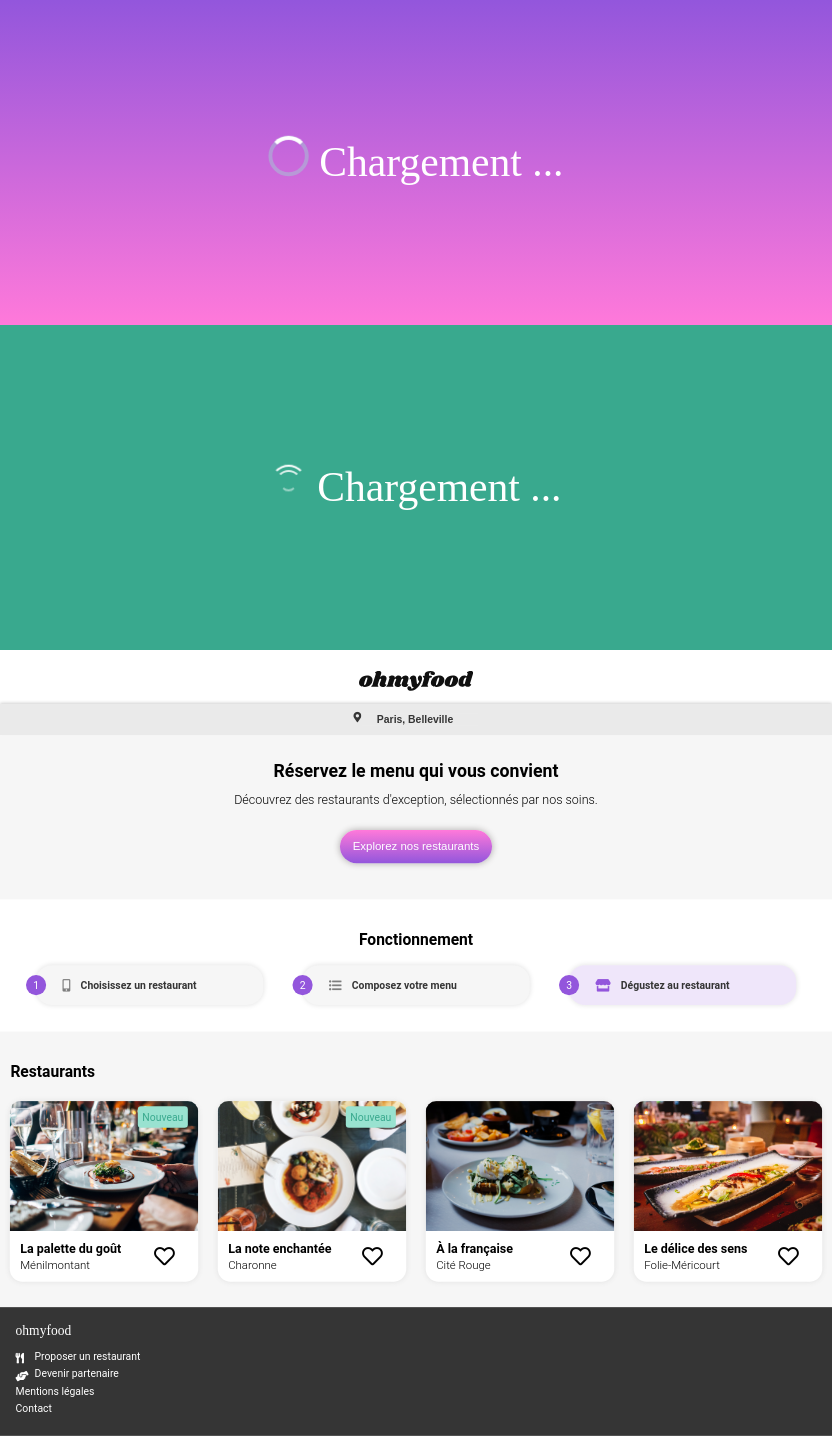
Repository: AlexisTisserand/AlexisTisserand_3_24112020
Page: index.html
These files come from the project's save history. The page is drawn as it stood at one moment and after the next save; the edit follows.
The browser window is 1280 px wide. The pictures show the whole page, at 65% of full size.
Some web libraries are served in a nearby version. The style sheet was rebuilt from its Sass, Less or Tailwind sources for each picture, by a compiler version that may differ from the author's.

Above is the page before, as saved 2020-12-09 15:47:20.

### index.html
<!DOCTYPE html>
<html lang="fr">

<head>
    <meta charset="UTF-8"/>
    <meta name="viewport" content="width=device-width, initial-scale=1">
    <meta name="descritpion" content="Site internet ohmyfood, composez votre menu et réservez dans les meilleurs restaurants de Paris.">
    <meta name="author" content="Alexis Tisserand">
    <link rel="stylesheet" href="https://use.fontawesome.com/releases/v5.4.1/css/all.css" integrity="sha384-5sAR7xN1Nv6T6+dT2mhtzEpVJvfS3NScPQTrOxhwjIuvcA67KV2R5Jz6kr4abQsz" crossorigin="anonymous">
    <link rel="stylesheet" href="style.css"/>
    <title>ohmyfood - Accueil</title>
</head>

<!--bloc_page-->
<body>

<!--LOADING SPINNER-->
<section class="section">
    <span class="loader loader-quart"></span>
    Chargement ...
</section>
<section class="section section-2">
    <span class="loader loader-circles"></span>
    Chargement ...
</section>



<div id="bloc-page">

<!--HEADER-->

<header>

    <div class="logo">
        <img src="images/logo/ohmyfood@2x.svg" alt="Logo ohmyfood"/>
    </div>
    <div class="search-bar">
        <div class="search-bar-button"><i class="fas fa-map-marker-alt"></i></div>
        <input type="search" class="search-bar-text-input" placeholder="Saisissez votre ville" value="Paris, Belleville">
    </div>
</header>

<section id="description-ohmyfood">
    <h2>Réservez le menu qui vous convient</h2>
    <h3>Découvrez des restaurants d'exception, sélectionnés par nos soins.</h3>
    <button class="description-ohmyfood-explorer" type="button">Explorez nos restaurants</button>
</section>

<section id="fonctionnement">
    <h2>Fonctionnement</h2>
    <nav>
        <ul class="fonctionnement-nav">
            <li class="fonctionnement-nav-etape ">
                <span>1</span>
                <i class="fas fa-mobile-alt"></i>
                <h4>Choisissez un restaurant</h4>
            </li>
            <li class="fonctionnement-nav-etape ">
                <span>2</span>
                <i class="fas fa-list-ul"></i>
                <h4>Composez votre menu</h4>
            </li>
            <li class="fonctionnement-nav-etape active">
                <span>3</span>
                <i class="fas fa-store"></i>
                <h4>Dégustez au restaurant</h4>
            </li>
        </ul>
    </nav>
</section>

<section id="restaurants">

        <h2>Restaurants</h2>

        <a href="menu-la-palette-du-gout.html" class="card-restaurant">
            <img class="card-restaurant-img" src="images/restaurants/la_palette_du_gout-min.jpg" alt="La Palette du Goût"/>
            <div class="card-restaurant-nouveau">Nouveau</div>
            <div class="card-restaurant-legende">
                <div class="card-restaurant-legende-text">
                    <h4>La palette du goût</h4>
                    <h5>Ménilmontant</h5>
                </div>
                <div class="card-restaurant-legende-heart">
                    <span class="fa-stack">
                        <i class="far fa-heart fa-stack-2x"></i>
                    </span>
                </div>
            </div>
        </a>

        <a href="menu-la-note-enchantee.html" class="card-restaurant">
            <img class="card-restaurant-img" src="images/restaurants/la_note_enchantee-min.jpg" alt="La Note Enchantée"/>
            <div class="card-restaurant-nouveau">Nouveau</div>
            <div class="card-restaurant-legende">
                <div class="card-restaurant-legende-text">
                    <h4>La note enchantée</h4>
                    <h5>Charonne</h5>
                </div>
                <div class="card-restaurant-legende-heart">
                    <span class="fa-stack">
                        <i class="far fa-heart fa-stack-2x"></i>
                    </span>
                </div>
            </div>
        </a>

        <a href="menu-a-la-francaise.html" class="card-restaurant">
            <img class="card-restaurant-img" src="images/restaurants/a_la_française-min.jpg" alt="À La Française"/>
            <div class="card-restaurant-legende">
                <div class="card-restaurant-legende-text">
                    <h4>À la française</h4>
                    <h5>Cité Rouge</h5>
                </div>
                <div class="card-restaurant-legende-heart">
                    <span class="fa-stack">
                        <i class="far fa-heart fa-stack-2x"></i>
                    </span>
                </div>
            </div>
        </a>

        <a href="menu-le-delice-des-sens.html" class="card-restaurant">
            <img class="card-restaurant-img" src="images/restaurants/le_delice_des_sens-min.jpg" alt="Le Délice Des Sens"/>
            <div class="card-restaurant-legende">
                <div class="card-restaurant-legende-text">
                    <h4>Le délice des sens</h4>
                    <h5>Folie-Méricourt</h5>
                </div>
                <div class="card-restaurant-legende-heart">
                    <span class="fa-stack">
                        <i class="far fa-heart fa-stack-2x"></i>
                    </span>
                </div>
            </div>
        </a>
</section>

</div>

<footer>
    <h2>ohmyfood</h2>
    <div class="footer-img-text">
        <i class="fas fa-utensils"></i>
        <a href="#"><h3>Proposer un restaurant</h3></a>
    </div>
    <div class="footer-img-text">
        <i class="fas fa-hands-helping"></i>
        <a href="#"><h3>Devenir partenaire</h3></a>
    </div>
    <a href="#"><h3>Mentions légales</h3></a>
    <a href="mailto:ohmyfood@outlook.com"><h3>Contact</h3></a>
</footer>


</body>
</html>

### sass/style.scss
/*COULEURS VARIABLES*/
$primary: #9356DC;
$secondary: #FF79DA;
$tertiary: #99E2D0;
$color-text: #353535;
$color-background: #f6f6f6;
$color-box-shadow :#e5e5e5;

/*VARIABLES TAILLE ET FONT FAMILY*/
$font-family: 'roboto', 'Raleway', 'Trebuchet MS', 'Lucida Sans Unicode', 'Lucida Grande', 'Lucida Sans', Arial, sans-serif;;
$size: 1rem;

/*Extensions*/
.box-shadow{
    box-shadow: 0px 0px 8px 1px $color-box-shadow;
    color: $color-text;
    border: none;
    border-radius: 25px;
    width: 350px;
    background-color: $color-background;
}

.margin-plats{
    margin: 0.5rem 0 0rem 0.9rem;
}

.cercle{
    background-color: $primary;
    color: white;
    padding: 8px;
    border-radius: 50px;
    margin-right: 25px;
    margin-left: -15px;
    width: 15px;
    height: 15px;
    text-align: center;
    align-content: center;
    font-size: $size;
    line-height: 15px;
    font-weight: light;
}

/*Loading spinner*/
.section{
    background: linear-gradient($primary, $secondary);
    height: 500px;
    line-height: 500px;
    text-align: center;
    color: white;
    font-size: 4rem;
    font-family: 'Shrikhand';
}
.section-2{
    background: #39a98e;
}
/*Loader simple*/
.loader{
    width: 50px;
    height: 50px;
    display: inline-block;
    position: relative;
    &-quart{
        border-radius: 50px;
        border: 6px solid rgba($color: $tertiary, $alpha: 0.4);
        &::after{
            content: "";
            position: absolute;
            top: -6px;
            left: -6px;
            bottom: -6px;
            right: -6px;
            border: 6px solid transparent;
            border-radius: 50px;
            border-top: 6px solid white ;
            animation: spin 1s linear infinite;
            -webkit-animation: spin 1s linear infinite;
        }
    }
}

/*loader cercle*/
.loader{
    &-circles{
        border-radius: 50px;
        border: 3px solid transparent;
        border-top-color: white ;
        animation: spin 1s linear infinite;
        -webkit-animation: spin 1s linear infinite;
        &:after{
            content: '';
            position: absolute;
            top: 5px ;
            left: 5px;
            bottom: 5px;
            right: 5px;
            border: 3px solid transparent;
            border-radius: 50px;
            border-top-color: white;
            opacity: 0.8;
            animation: spin 5s linear infinite;
            -webkit-animation: spin 5s linear infinite;
        }
        &:before{
            content: '';
            position: absolute;
            top: 12px ;
            left: 12px;
            bottom: 12px;
            right: 12px;
            border: 3px solid transparent;
            border-radius: 50px;
            border-top-color: white;
            opacity: 0.5;
            animation: spin 10s linear infinite;
            -webkit-animation: spin 10s linear infinite;
}
}

}

/*KEYFRAMES*/

@keyframes spin{
    from{
        transform: rotate(0deg);
    }
    to{
        transform: rotate(360deg);;
    }
}

@keyframes fadein{
    from{
        opacity: 0.4;
    }
    to{
        opacity: 1;
    }
}

body{
    background-color: white;
    font-family: $font-family;
    margin: auto;
}

a{
    text-decoration: none;
    color: black;
}

#bloc-page{
    width: 100%;
    margin: auto;
    max-width: 2000px;
    min-width: 100px;
}

/*HEADER*/

header{
    text-align: center;
    .logo{
        margin-top: $size + 1rem;
        img{
            width: $size + 10rem;
        }
    }
}

.search-bar{
    display: flex;
    background-color: #EAEAEA;
    box-shadow: 0px -2px 5px 0px #CFCFCF;
    height: $size + 2rem;
    margin-top: 1rem;
    align-items: center;
    justify-content: center;
    .fas{
        font-size: $size;
        margin-bottom: 1rem;
    }
    .search-bar-button{
        color: $color-text;
        font-size: $size + 0.5rem;
    }
    .search-bar-text-input{
        outline: none;
        padding: 0;
        background-color: #EAEAEA;
        border: none;
        color: $color-text;
        font-size: $size;
        font-weight: bold;
        text-align: center;
        width: 180px;
    }
}

/*SECTION DESCRIPTION*/

#description-ohmyfood{
    display: flex;
    flex-direction: column;
    background-color: $color-background;
    align-items: center;
    text-align: center;
    h2{
        font-size: $size + 0.7rem ;
        padding: $size;
        margin-bottom: 0;
        margin-top: $size + 0.5rem;
    }
    h3{
        font-size: $size + 0.2rem ;
        font-weight: 300;
        margin-top: 0;
        padding: $size - 0.5rem, $size + 1rem ;
    }
    button{
        font-size: $size + 0.1rem;
        margin-top: $size;
        font-weight: normal;
        color: white;
        background: linear-gradient($secondary, $primary);
        position: relative;
        border: none;
        box-shadow: 0px 0px 10px 1px #b6b3b3;
        border-radius: 40px;
        padding: 15px 20px;
        margin-bottom: $size + 2.5rem;
        transition: transform ease-in-out 500ms, opacity ease-in-out 500ms, box-shadow ease-in-out 500ms ;
        &:hover{
            opacity: 0.7;
            box-shadow: 0px 0px 7px 3px #484B4C;
            transform: scale(1.1);
            cursor: pointer;

        }
        &:active{
            border-style: none;
        }
        &:focus{
            outline:none;
        }
    }
}

/*FONCTIONNEMENT*/

#fonctionnement{
    display: flex;
    align-items: center;
    flex-direction: column;
    background-color: white;
    h2{
        margin: 3*$size $size $size;
    }
    ul{
        padding: 10px;
        margin-top: - $size;
    }
}

.fonctionnement-nav{
    display: flex;
    flex-wrap: wrap;
    justify-content: space-around;
    &-etape{
        display: flex;
        flex-direction: row;
        align-items: center;
        margin: 15px 30px ;
        transition: background-color ease-in-out 200ms, box-shadow ease-in-out 200ms, transform ease-in-out 200ms;
        @extend .box-shadow;
        &:hover{
        background-color: rgba($color:$primary, $alpha: 0.15);
        transform: scale(1.01);
        cursor: pointer;
        &:hover .fas{
        color: $primary;
        }
    }
    span{
        @extend .cercle;
    }
    .fas{
        margin-right: 15px;
        color: #7e7e7e;
        font-size: $size + 0.2rem;
        margin-right: $size;
        }
    }
    &-etape.active{
        background-color: rgba($color:$primary, $alpha: 0.15);
        .fas{
            color: $primary;
        }
    }
}

/*RESTAURANTS*/

#restaurants{
    display: flex;
    flex-direction: column;
    background-color: $color-background;
    padding-bottom: $size + 0.5rem;
    h2{
        margin: 3*$size $size $size;
    }
}

.card-restaurant{
    display: flex;
    position: relative;
    z-index: 1;
    flex-direction: column;
    background-color: white;
    border-radius: 20px;
    box-shadow: 0px 0px 8px 1px $color-box-shadow;
    margin: 15px;
    box-sizing: border-box;
    transition: ease-in-out 200ms;
    &:hover{
        transform: scale(1.01);
    }
    img{
    height: 200px;
    position: relative;
    z-index: 1;
    object-fit: cover;
    width: 100%;
    border-radius: 1rem 1rem 0 0;
    }
    &-nouveau{
        background-color: $tertiary;
        color: #39a98e;
        position: absolute;
        top: 8px;
        right: 16px;
        padding: 7px;
        border-radius: 5px;
        z-index: 2;
    }
    &-legende{
        display: flex;
        flex-direction: row;
        justify-content: space-between;
        &-text{
            display: flex;
            flex-direction: column;
            margin-left: $size;
            h4{
                font-size: $size + 0.2rem;
                margin-top: $size;
                margin-bottom: 0;
            }
            h5{
                margin-top: 0.2 * $size;
                margin-bottom: $size;
                font-weight: 300;
                font-size: $size + 0.1rem;
            }
        }
        &-heart{
            align-self: center;
            margin-right: 2 * $size;
            .far{
                &:hover{
                font-weight: 900;
                background:-moz-linear-gradient(top, $primary 0%, $secondary 100%);
                background: -webkit-linear-gradient(top, $primary 0%, $secondary 100%);
                background: linear-gradient(to bottom, $primary 0%, $secondary 100%);
                -webkit-background-clip: text;
                -moz-background-clip: text;
                background-clip: text;
                -webkit-text-fill-color: transparent;
                transition: font-weight ease-in-out 0s ;
                animation: fadein 900ms;
                background-position: 0 100%;
                cursor: pointer;
                }
            }
        }
    }
}

/*FOOTER*/

footer{
    padding: $size + 0.5rem;
    background-color: $color-text;
    color: white;
    h2{
        font-family: 'Shrikhand';
        font-weight: normal;
        font-size: $size + 0.3rem;
        margin-top: 0;
    }
    h3{
        margin: 0;
        font-weight: 400;
        margin-bottom: 0.5 * $size;
        font-size: initial;
    }
    .footer-img-text{
        display: flex;
        flex-direction: row;
        align-items: center;
        .fas{
            margin-right: $size;
            &.fa-hands-helping{
                margin-right: 0.58* $size;
            }
        }
    }
    a{
        color: white;
    }
}

/*********************************************************/
/*MEDIA QUERIES ACCUEIL*/
/*********************************************************/

/*LARGE DEVICES*/
@media screen and (min-width: 1268px){

    #restaurants{
        display: grid;
        grid-template-columns: repeat(4, 1fr);
        grid-template-rows: auto auto auto ;
        margin-bottom: 0px;
    }   h2{
        grid-column: 1/-1;
    }
}

/*MEDIUM DEVICES*/
@media screen and (max-width: 1267px){

    .fonctionnement-nav{
        justify-content: center;
        &-etape{
            width: 100%;
        }
    }

    #restaurants{
        display: grid;
        grid-template-columns: repeat(2, 1fr);
        grid-template-rows: auto auto auto ;
        h2{
            grid-column: 1/-1;
        }
    }
}

/*SMALL DEVICES*/
@media screen and (max-width: 660px){
    .fonctionnement-nav-etape{
        width: 100%;
    }

    #restaurants{
        display: grid;
        grid-template-columns: 1fr;
        grid-template-rows: auto auto auto ;
        h2{
            grid-column: 1/-1;
        }
    }
}

/*********************************************************/
/*MENU*/
/*********************************************************/

header{
    a{
        position: absolute;
        left: $size;
        color: $color-text;
        font-size: $size + 0.3rem;
        transition: opacity 0.5s;

        &:hover{
            opacity: 0.5;
        }
    }
}

.restaurant-img{
    img{
        object-fit: cover;
        width: 100%;
        height: 300px;
        margin-top: $size;
        position: relative;
        z-index: 0;
    }
}

.restaurant-menu{
    background-color: $color-background;
    border-radius: 50px 50px 0 0;
    margin-top: - 3rem;
    position: relative;
    display: flex;
    z-index: 1;
    flex-direction: column;
    width: 100%;
    &--titre{
        display: flex;
        flex-direction: row;
        justify-content: center;
        align-items: center;
        margin-top: $size;
        h2{
            font-family: 'Shrikhand';
            font-size: $size + 1rem;
            margin-right: $size + 0.5rem;
            margin-left: $size;
        }
    }
    &-carte{
        display: flex;
        flex-direction: row;
        flex-wrap: wrap;
    }
    h3{
        font-weight: 300;
        font-size: $size + 0.1rem;
        margin-left: $size;
        border-bottom: $tertiary 3px solid;
        width: 45px;
        padding-bottom: 10px;
    }
    &--plats{
        display: grid;
        grid-template-columns: 2.3fr 0.3fr 0.3fr;
        grid-template-rows: repeat(2, 1fr);
        gap: 0px 0px;
        background-color: white;
        box-shadow: 0px 0px 8px 1px $color-box-shadow;
        color: $color-text;
        border: none;
        border-radius: 13px;
        margin: 0 $size $size $size;
        width: 100%;
        cursor: pointer;
        overflow: hidden;
        text-overflow: ellipsis;
        &:hover .fas {
            transform: rotate(360deg);
        }
        &:hover &--checkbox{
            transform: translateX(0%);
        }
        &:hover &--prix{
            margin-right: 30%;
        }
        &--name{
            grid-area: 1 / 1 / 2 / 3;
        }
        &--accompagnements{
            grid-area: 2 / 1 / 3 / 2;
            display: flex;
            flex-direction: row;
            align-content: center;
            justify-content: space-between;
            h5{
                font-weight: 300;
                margin: 0rem 0 0.5rem 0.9rem;
                font-size: 1rem;
            }
        }
        &--prix{
            grid-area: 2 / 2 / 3 / 4;
            transition: margin-right 1s;
            p{
                font-weight: bold;
                margin: 0 ;
                text-align: end;
                margin-right: $size;
            }
        }
        &--checkbox{
            background-color: $tertiary;
            grid-area: 1 / 3 / 3 / 4;
            border-radius: 0 13px 13px 0;
            text-align: center;
            transform: translateX(100%);
            transform-origin: 100% 50%;
            transition: transform 1s;

            .fas{
                font-size: xx-large;
                margin: $size;
                color: white;
                transition: transform 1s;
            }
        }
        h4{
        @extend .margin-plats;
        font-size: $size + 0.1rem;
        }
    }
    button{
        width: 200px;
        align-self: center;
        font-size: $size + 0.1rem;
        margin-top: 3 * $size;
        font-weight: normal;
        color: white;
        background: linear-gradient($secondary, $primary);
        position: relative;
        border: none;
        box-shadow: 0px 0px 10px 1px #b6b3b3;
        border-radius: 40px;
        padding: 15px 20px;
        margin-bottom: 4 * $size;
        transition: transform ease-in-out 500ms, opacity ease-in-out 500ms, box-shadow ease-in-out 500ms ;
        &:hover{
            opacity: 0.7;
            box-shadow: 0px 0px 7px 3px #484B4C;
            transform: scale(1.1);
            cursor: pointer;
        }
        &:active{
            border-style: none;
        }
        &:focus{
            outline:none;
        }
    }
}


/*********************************************************/
/*MEDIA QUERIES MENUS*/
/*********************************************************/

/*LARGE DEVICES*/
@media screen and (min-width:660px){
    .restaurant-menu--titre{
        justify-content: space-between;
    }

    .restaurant-menu--plats{
        width: 100%;
    }

}

/*MEDIUM DEVICES*/
@media screen and (max-width: 1267px){


}

/*SMALL DEVICES*/
@media screen and (max-width: 660px){


}

After the next save:
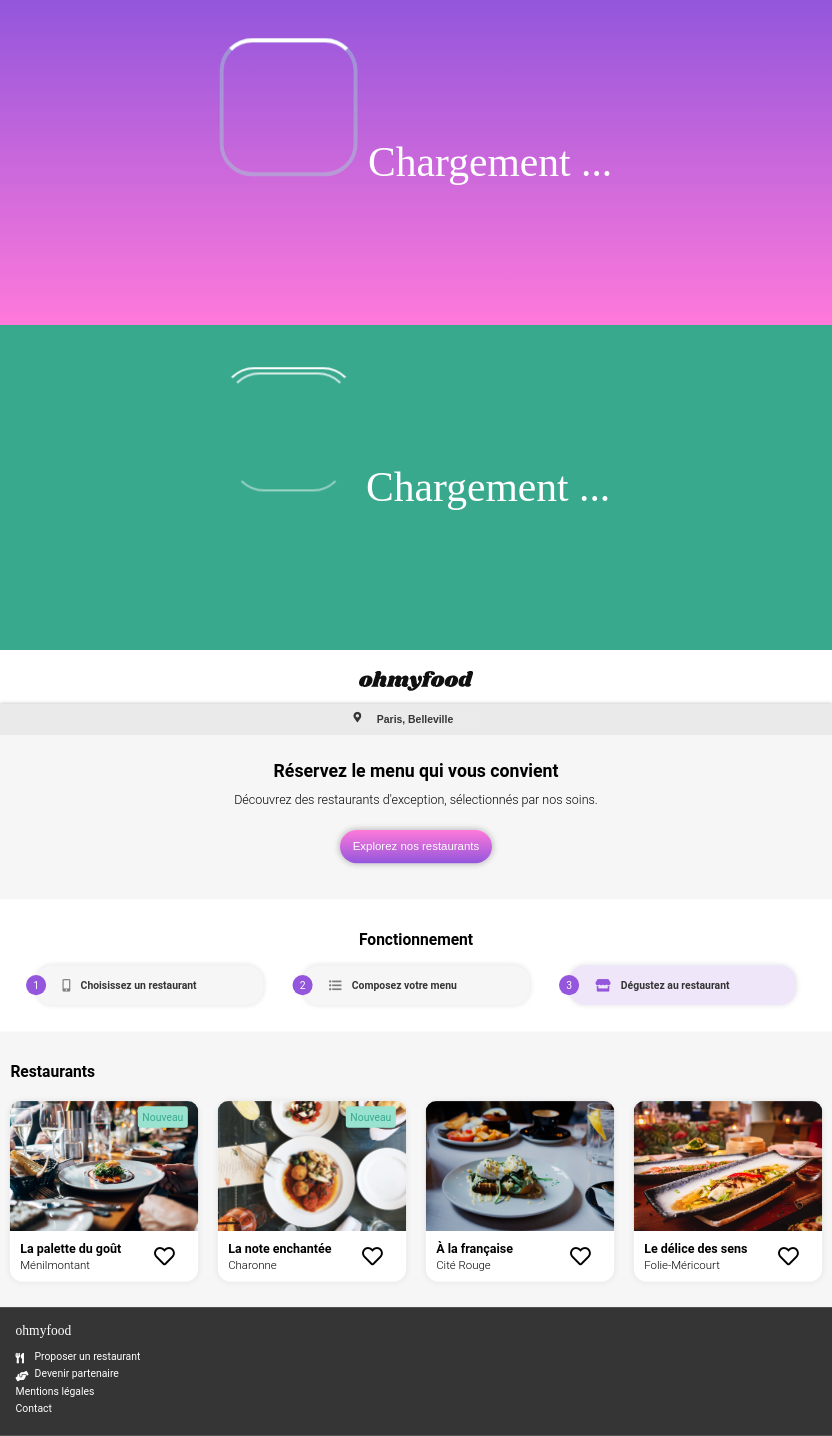
Saved 24 s later.
--- a/sass/style.scss
+++ b/sass/style.scss
@@ -55,8 +55,8 @@ $size: 1rem;
 }
 /*Loader simple*/
 .loader{
-    width: 50px;
-    height: 50px;
+    width: 200px;
+    height: 200px;
     display: inline-block;
     position: relative;
     &-quart{
@@ -113,9 +113,8 @@ $size: 1rem;
             opacity: 0.5;
             animation: spin 10s linear infinite;
             -webkit-animation: spin 10s linear infinite;
-}
-}
-
+        }
+    }
 }
 
 /*KEYFRAMES*/
